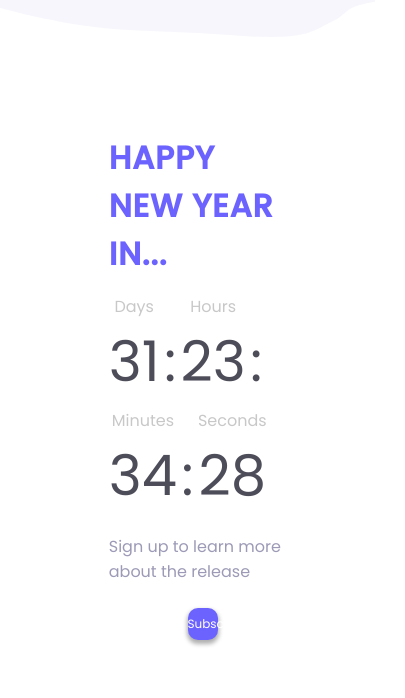
Repository: BrunoBross/countdown
Page: index.html
An editor plug-in stored every save of this project. The page is shown before and after the next save, followed by the edit.
The browser window is 375 px wide. The page is 405 px wide, so the pictures cover 405 px, including what lies to the right of the window. The pictures show the whole page.

Above is the page before, as saved 2021-11-30 01:26:36.

### index.html
<!DOCTYPE html>
<html lang="en">
<head>
  <meta charset="UTF-8">
  <meta http-equiv="X-UA-Compatible" content="IE=edge">
  <meta name="viewport" content="width=device-width, initial-scale=1.0">
  <link rel="shortcut icon" href="assets/rocket.svg" type="image/x-icon" />
  <title>Countdown</title>
  <link rel="stylesheet" href="./style.css">
  <link rel="preconnect" href="https://fonts.googleapis.com">
  <link rel="preconnect" href="https://fonts.gstatic.com" crossorigin>
  <link href="https://fonts.googleapis.com/css2?family=Poppins:wght@300;400;500&display=swap" rel="stylesheet">
</head>
<body>
  <div class="background">
    <img class="image" id="top" src="./assets/top-image.svg" alt="">
    <div class="center">
      <div class="content">
        <h1>HAPPY NEW YEAR IN...</h1>
        <div class="clock">
          <div class="time" id="days">
            <p>Days</p>
            <h1>00</h1>
          </div>
          <div class="time"><h1>:</h1></div>
          <div class="time" id="hours">
            <p>Hours</p>
            <h1>00</h1>
          </div>
          <div class="time"><h1>:</h1></div>
          <div class="time" id="minutes">
            <p>Minutes</p>
            <h1>00</h1>
          </div>
          <div class="time"><h1>:</h1></div>
          <div class="time" id="seconds">
            <p>Seconds</p>
            <h1>00</h1>
          </div>
        </div>
        <p>Sign up to learn more about the release</p>
        <button class="subscribe">Subscribe</button>
      </div>
      <img id="rocket" src="./assets/rocket.svg" alt="">
    </div>
    <img class="image" id="bottom" src="./assets/bottom-image.svg" alt="">
  </div>
</body>

<script src="./script.js"></script>
</html>

### style.css
*{
  padding: 0;
  margin: 0;
}

body{
  background-color: #FFF;
}

.background{
  height: 100vh;
  display: flex;
  flex-direction: column;
  justify-content: space-between;
}

.center{
  padding: 0 4vw;
  display: flex;
  justify-content: space-between;
  flex-wrap: wrap;
  width: 100vw;
}

.image{
  width: 100vw;
}

.clock{
  margin: 2vh 0;
  display: flex;
  gap: 1.2vw;
  align-items: flex-end;
  flex-wrap: wrap;
}

.time{
  display: flex;
  flex-direction: column;
  justify-content: center;
  align-items: center;
}

.time > p{
  font-family: 'Poppins', 'sans-serif';
  color: #C8C8C8;
}

.time > h1{
  font-family: 'Poppins', 'sans-serif';
  color: #4D4C59;
  font-size: 7vh;
  font-weight: 400;
}

.content{
  width: 50vw;
  display: flex;
  flex-direction: column;
  justify-content: center;
  align-items: center;
}

.content > h1{
  color: #6C63FF;
  font-family: 'Poppins', 'sans-serif';
  font-weight: 700;
  font-size: 4vh;
  letter-spacing: 0.2vw;
}

.content > p{
  font-family: 'Poppins', 'sans-serif';
  font-weight: 400;
  color: #9C9AB6;
}

.subscribe{
  margin-top: 3vh;
  width: 8vw;
  height: 4vh;
  border: none;
  background-color: #6C63FF;
  border-radius: 10px;
  font-family: 'Poppins', 'sans-serif';
  font-weight: 400;
  font-size: 1.5vh;
  color: #FFF;
  box-shadow: 0 3px 4px 1px #00000050;
  cursor: pointer;
  transition: 0.2s;
}

.subscribe:hover{
  filter: brightness(0.9);
}

@media only screen and (max-width: 375px) {
  #rocket{
    display: none;
  }

  .center{
    justify-content: center;
  }
}

### script.js
// Set the date we're counting down to
var countDownDate = new Date("Jan 1, 2022 00:00:00").getTime();

// Update the count down every 1 second
var x = setInterval(function() {

  // Get today's date and time
  var now = new Date().getTime();

  // Find the distance between now and the count down date
  var distance = countDownDate - now;

  // Time calculations for days, hours, minutes and seconds
  var days = Math.floor(distance / (1000 * 60 * 60 * 24));
  var hours = Math.floor((distance % (1000 * 60 * 60 * 24)) / (1000 * 60 * 60));
  var minutes = Math.floor((distance % (1000 * 60 * 60)) / (1000 * 60));
  var seconds = Math.floor((distance % (1000 * 60)) / 1000);
  if(String(days).length == 1){
    days = '0'+days
  }
  if(String(hours).length == 1){
    hours = '0'+hours
  }
  if(String(minutes).length == 1){
    minutes = '0'+minutes
  }
  if(String(seconds).length == 1){
    seconds = '0'+seconds
  }

  // Display the result in the element with id="demo"
  document.querySelector("#days > h1").innerHTML = days
  document.querySelector("#hours > h1").innerHTML = hours
  document.querySelector("#minutes > h1").innerHTML = minutes
  document.querySelector("#seconds > h1").innerHTML = seconds

  // If the count down is finished, write some text
  if (distance < 0) {
    clearInterval(x);
    document.querySelector(".content > h1").innerHTML = "NEW YEAR!!";
  }
}, 1000);

After the next save:
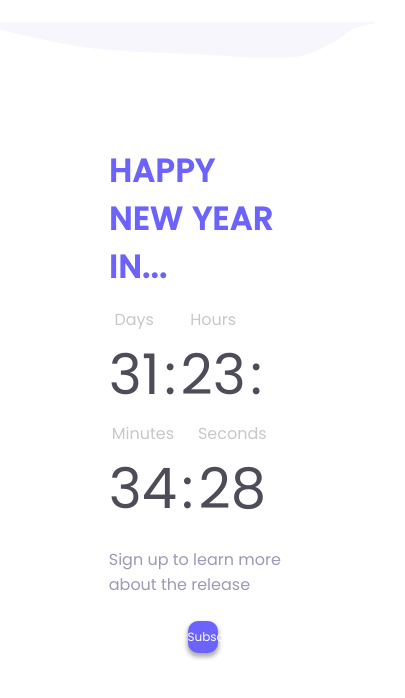
Saved 104 s later.
--- a/style.css
+++ b/style.css
@@ -103,4 +103,8 @@ body{
   .center{
     justify-content: center;
   }
+
+  .image{
+    height: 10vh;
+  }
 }
